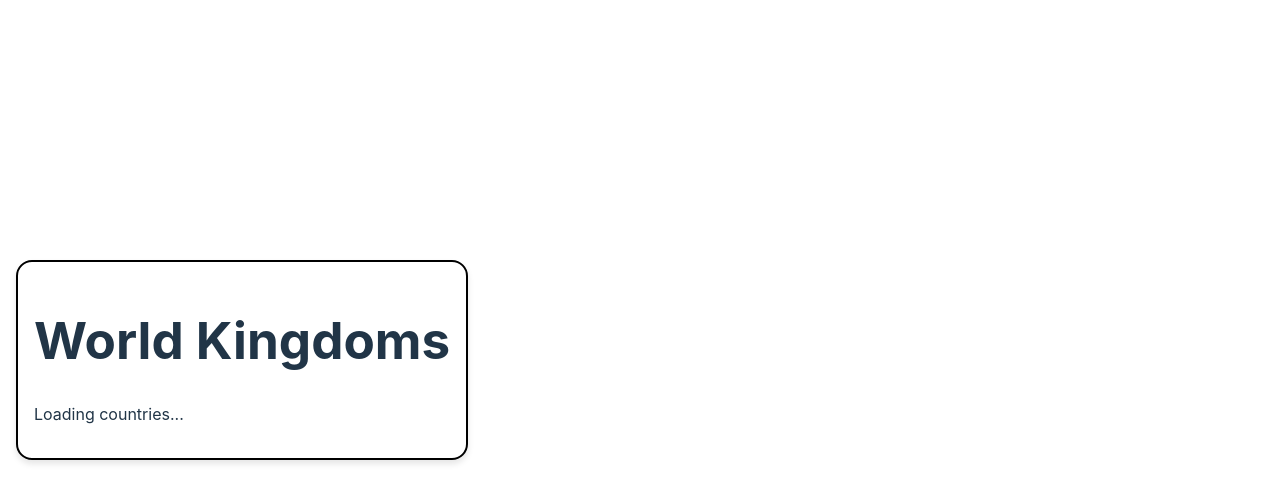
Repository: MelissaJacobi/lab-07
Page: /
These files come from the project's save history. The page is drawn as it stood at one moment and after the next save; the edit follows.
The browser window is 1280 px wide. The pictures show the whole page.
The page's requests for data from a server got no answer. The project was rebuilt for these pictures with package versions that can differ from the ones it lists, and the page was loaded fresh each time. No one was signed in, and anything a server would have sent is missing. Also part of the build but not shown: vite.config.js, src/components/Details.module.css, src/components/Details.jsx.

Above is the page before, as saved 2024-11-23 22:26:00.

### src/App.jsx
import { BrowserRouter as Router, Routes, Route } from "react-router-dom";
import Countries from "./components/Countries";
import Details from "./components/Details";

function App() {
  return (
    <Router>
      <Routes>
        <Route path="/" element={<Countries />}>
          <Route path="countries/:cca2" element={<Details />} />
        </Route>
        <Route path="countries" element={<Countries />} />
      </Routes>
    </Router>
  );
}

export default App;

### src/components/Countries.jsx
import { useEffect, useState } from "react";
import { useNavigate, Outlet } from "react-router-dom";
import styles from "./Countries.module.css"

const Countries = () => {
  const [countries, setCountries] = useState([]);
  const [loading, setLoading] = useState(true);
  const navigate = useNavigate();

  useEffect(() => {
    fetch("https://restcountries.com/v3.1/name/kingdom")
      .then((response) => response.json())
      .then((data) => {
        setCountries(data);
        setLoading(false);
      })
      .catch((error) => console.error("Error fetching data:", error));
  }, []);

  const handleSelection = (event) => {
    const selectedCountry = countries.find(
      (country) => country.cca2 === event.target.value
    );
    if (selectedCountry) {
      navigate(`/countries/${selectedCountry.cca2}`, { state: { data: selectedCountry } });
    }
  };

  return (
    <div className={styles.container}>
      <h1>World Kingdoms</h1>
      {loading ? (
        <p>Loading countries...</p>
      ) : (
        <select
          onChange={handleSelection}
          defaultValue=""
          className={styles.dropDown}
        >
          <option value="" disabled>
            Select a country
          </option>
          {countries.map((country) => (
            <option key={country.cca2} value={country.cca2}>
              {country.name.common}
            </option>
          ))}
        </select>
      )}
      <Outlet />
    </div>
  );
};

export default Countries;

### src/components/Countries.module.css
.container {
    border: 2px solid black;
    margin: 1rem;
    padding: 1rem;
    border-radius: 1rem;
    box-shadow: 0 4px 6px rgba(0, 0, 0, 0.1);
}

.dropDown {
    width: 100%;
    padding: 10px 15px;
    border: 1px solid #ccc;
    border-radius: 8px;
    background-color: #f9f9f9;
    color: #333;
    font-size: 16px;
    cursor: pointer;
    appearance: none; /* Remove default browser styles */
    -webkit-appearance: none;
    -moz-appearance: none;
    transition: border-color 0.3s, box-shadow 0.3s;
}

Loaded but not shown: index.html (common file); src/main.jsx (common file); src/index.css (common file)

After the next save:
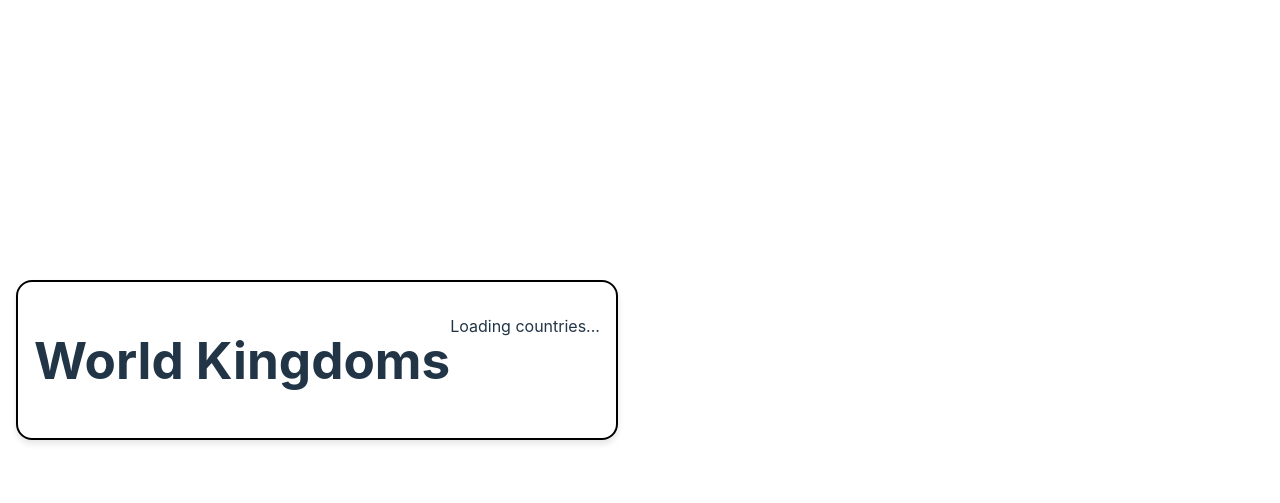
Saved 13 s later.
--- a/src/components/Countries.module.css
+++ b/src/components/Countries.module.css
@@ -1,6 +1,8 @@
 .container {
     border: 2px solid black;
     margin: 1rem;
+    display: flex;
+    justify-content: center;
     padding: 1rem;
     border-radius: 1rem;
     box-shadow: 0 4px 6px rgba(0, 0, 0, 0.1);

After the save that followed:
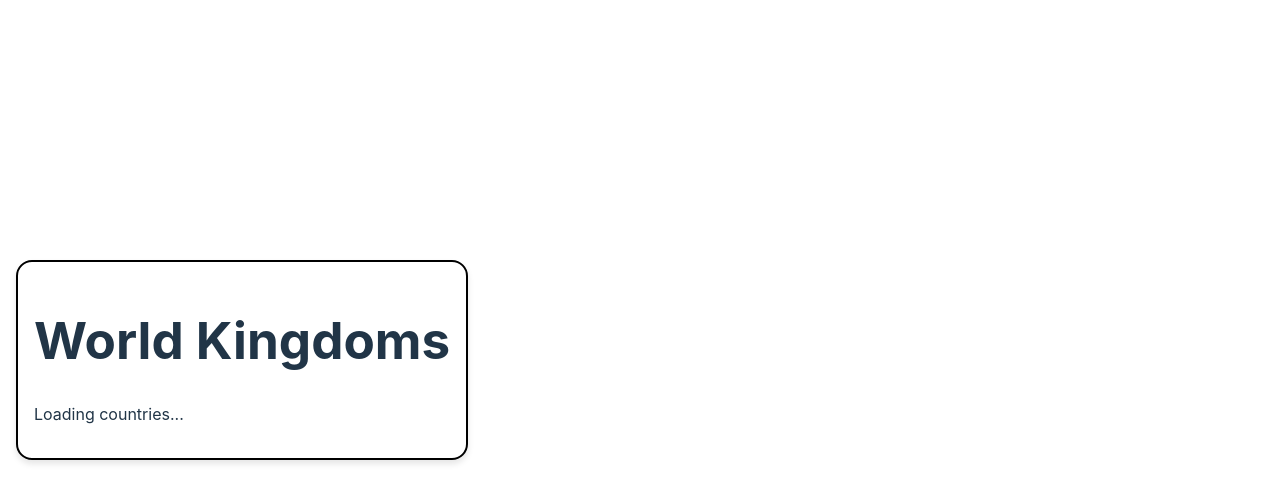
Saved 47 s later.
--- a/src/components/Countries.jsx
+++ b/src/components/Countries.jsx
@@ -28,25 +28,28 @@ const Countries = () => {
 
   return (
     <div className={styles.container}>
-      <h1>World Kingdoms</h1>
-      {loading ? (
-        <p>Loading countries...</p>
-      ) : (
-        <select
-          onChange={handleSelection}
-          defaultValue=""
-          className={styles.dropDown}
-        >
-          <option value="" disabled>
-            Select a country
-          </option>
-          {countries.map((country) => (
-            <option key={country.cca2} value={country.cca2}>
-              {country.name.common}
-            </option>
-          ))}
-        </select>
-      )}
+        <div>
+            <h1>World Kingdoms</h1>
+            {loading ? (
+                <p>Loading countries...</p>
+            ) : (
+                <select
+                onChange={handleSelection}
+                defaultValue=""
+                className={styles.dropDown}
+                >
+                <option value="" disabled>
+                    Select a country
+                </option>
+                {countries.map((country) => (
+                    <option key={country.cca2} value={country.cca2}>
+                    {country.name.common}
+                    </option>
+                ))}
+                </select>
+            )}
+        </div>
+
       <Outlet />
     </div>
   );
